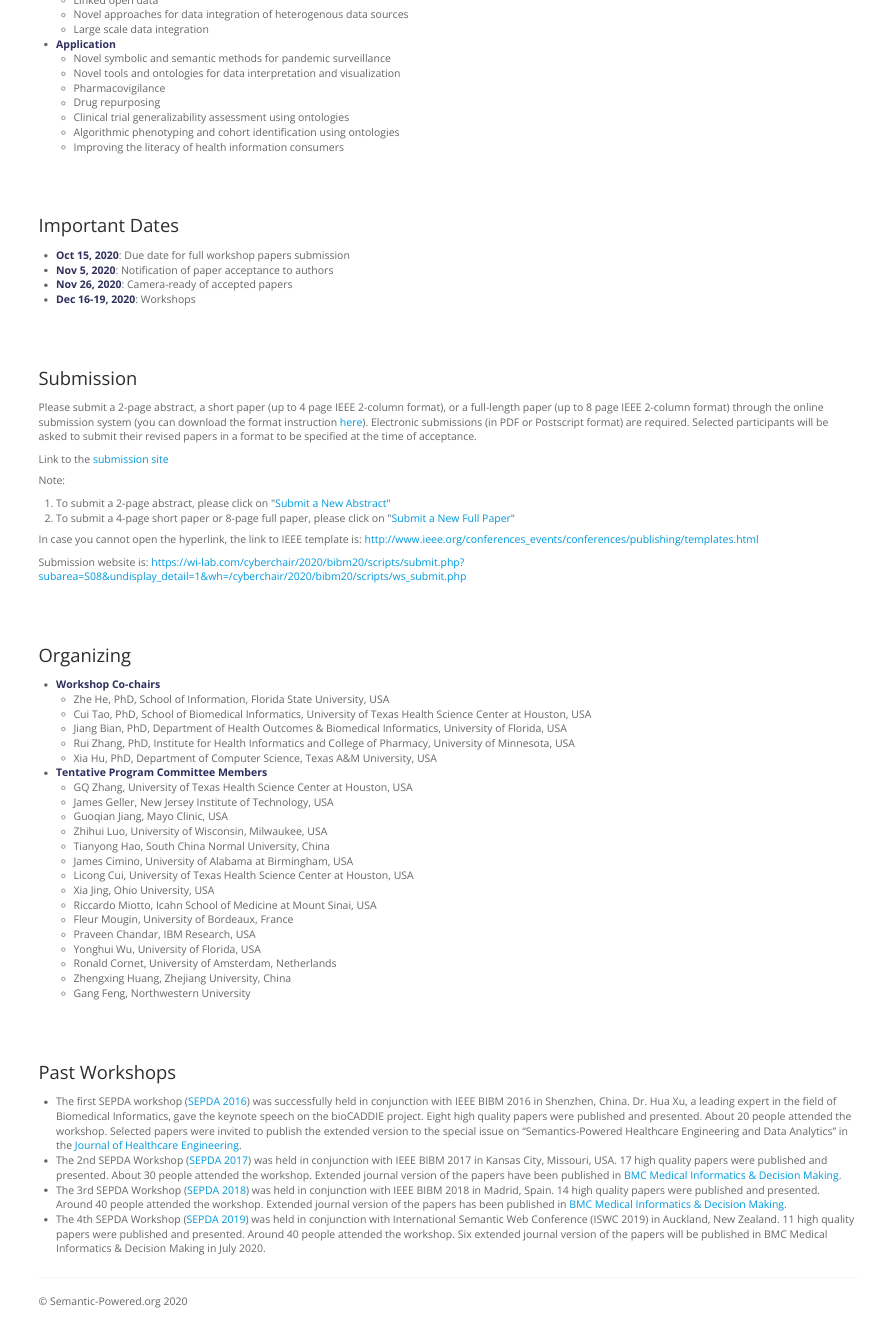
Repository: bianjiang/semantics-powered.org
Page: sepda2020.html
The author's editor kept a copy of each file at every save. The page is drawn from the files as they stood at one save, then again after the next save.
The browser window is 1280 px wide. The pictures show the part of the page from y = 1270 to 3190 px (the page is 3190 px tall before and 3179 px after), at 70% of full size.
Some web libraries are served in a nearby version.

Above is the page before, as saved 2020-08-21 14:20:22.
Console error (its wording comes from the project's code and is left out).

After the next save:
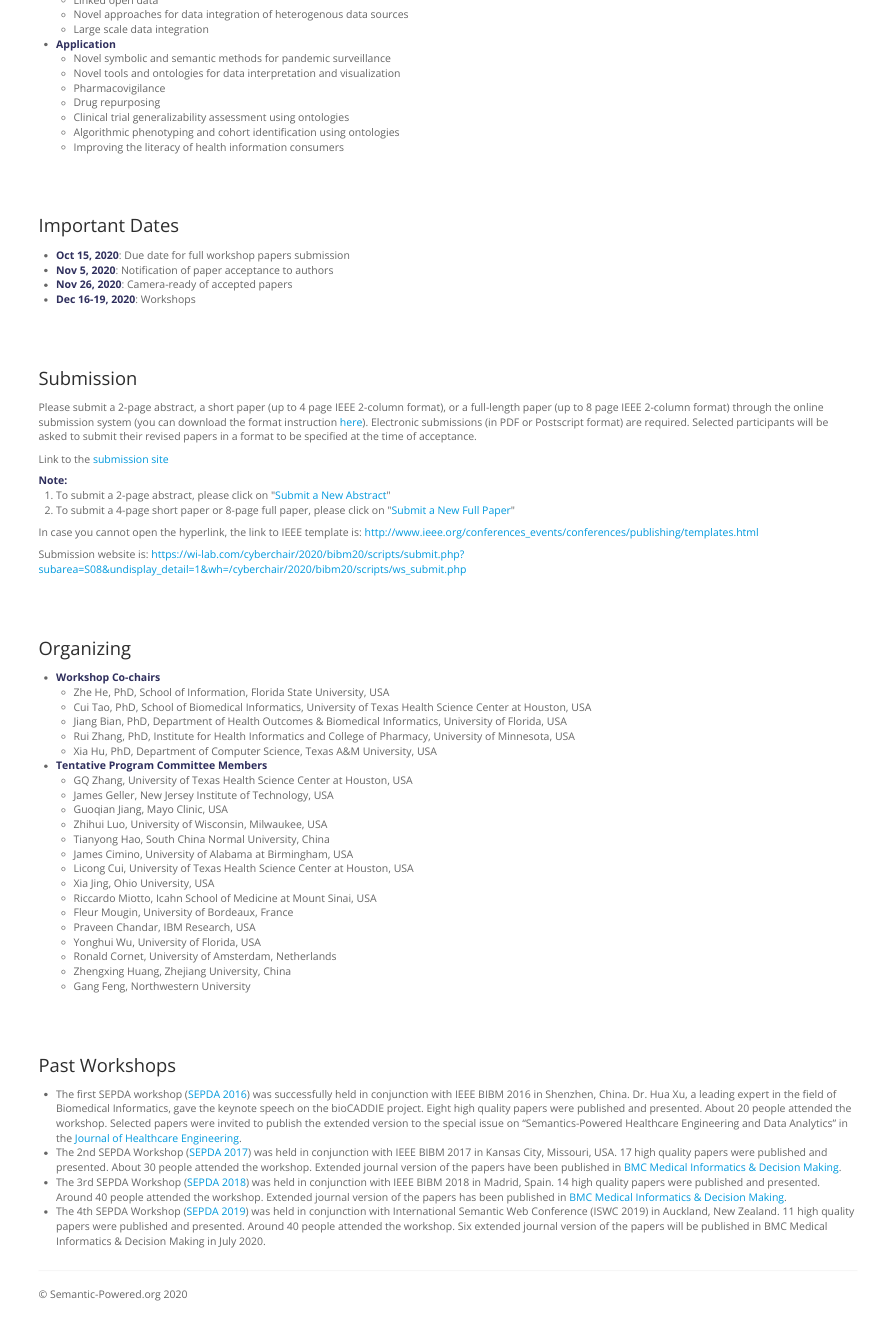
Saved 52 s later.
--- a/sepda2020.html
+++ b/sepda2020.html
@@ -173,7 +173,7 @@
           <h3>Submission</h3>
           <p>Please submit a 2-page abstract, a short paper (up to 4 page IEEE 2-column format), or a full-length paper (up to 8 page IEEE 2-column format) through the online submission system (you can download the format instruction <a href="http://www.ieee.org/conferences_events/conferences/publishing/templates.html" target="_blank">here</a>). Electronic submissions (in PDF or Postscript format) are required. Selected participants will be asked to submit their revised papers in a format to be specified at the time of acceptance.</p>
           <p>Link to the <a href="https://wi-lab.com/cyberchair/2020/bibm20/scripts/submit.php?subarea=S08&undisplay_detail=1&wh=/cyberchair/2020/bibm20/scripts/ws_submit.php" target="_blank">submission site</a></p>
-          <p>Note:</p>
+          <b>Note:</b>
           <ol>
             <li>To submit a 2-page abstract, please click on "<a href="https://wi-lab.com/cyberchair/2020/bibm20/scripts/submitform.php?subarea=S08&submittype=abstract" target="_blank">Submit a New Abstract</a>"</li>
             <li>To submit a 4-page short paper or 8-page full paper, please click on "<a href="https://wi-lab.com/cyberchair/2020/bibm20/scripts/submitform.php?subarea=S08&submittype=&upload_only=0" target="_blank">Submit a New Full Paper</a>"</li>
